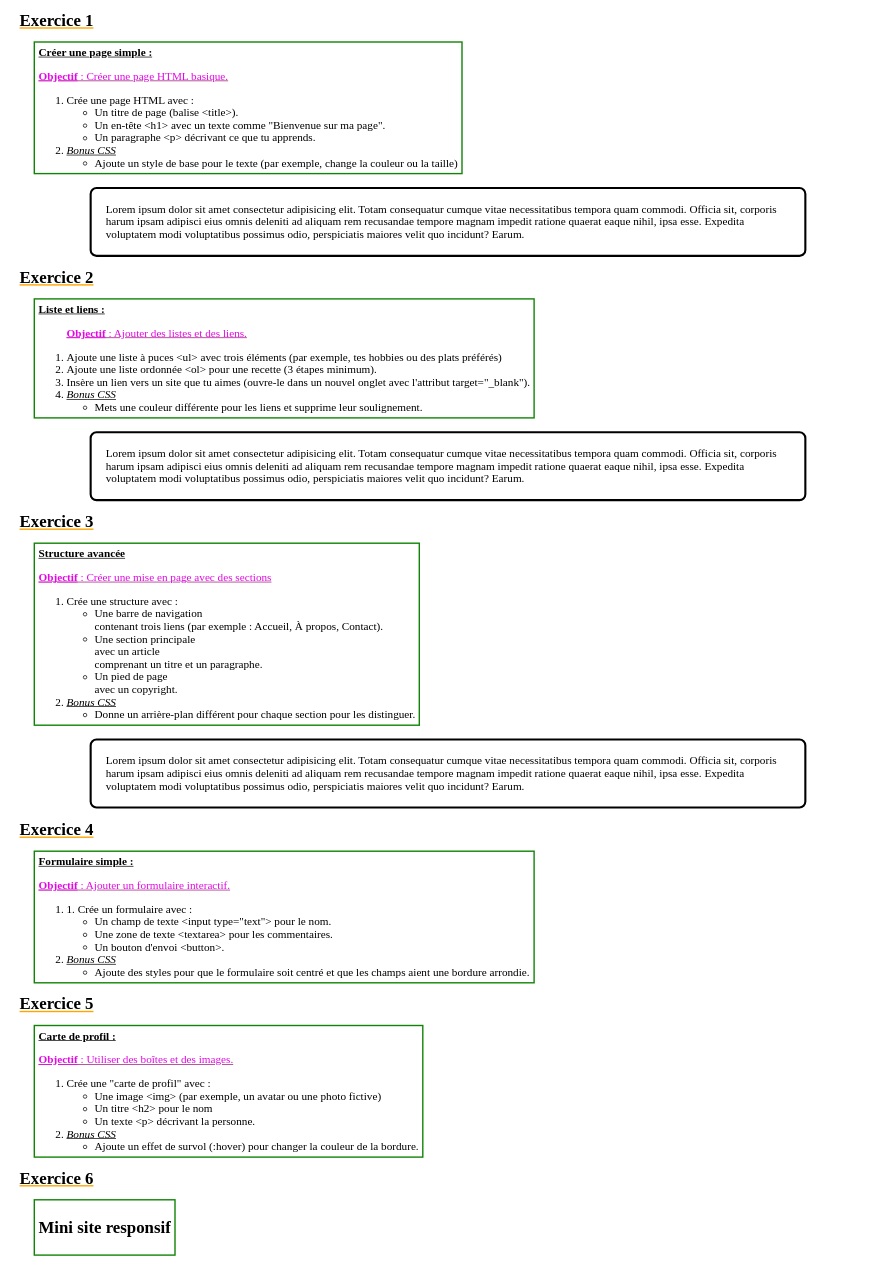
Repository: AnnaSpirit/Mimo_App
Page: Exercices_HTML&CSS.html
An editor plug-in stored every save of this project. The page is shown before and after the next save, followed by the edit.
The browser window is 1280 px wide. The pictures show the whole page, at 70% of full size.

Above is the page before, as saved 2024-12-08 10:55:10.

### Exercices_HTML&CSS.html
<!DOCTYPE html>
<html lang="en">
<head>
    <meta charset="UTF-8">
    <meta name="viewport" content="width=device-width, initial-scale=1.0">
    <link rel="stylesheet" href="styleCSS.css">
    <title>Exercices HTML & CSS</title>
</head>
<body>
<div>
    <h1>Exercice 1</h1>
    <span class="Consigne"><b>Créer une page simple :</b><br>
        <p><b>Objectif</b> : Créer une page HTML basique.</p>
        <ol>
            <li>Crée une page HTML avec :
                <ul>
                    <li>Un titre de page (balise &lt;title&gt;).</li>
                    <li>Un en-tête &lt;h1&gt; avec un texte comme "Bienvenue sur ma page".</li>
                    <li>Un paragraphe &lt;p&gt; décrivant ce que tu apprends.</li>
                </ul>
            </li>
            <li><em>Bonus CSS</em>
                <ul>
                    <li>Ajoute un style de base pour le texte (par exemple, change la couleur ou la taille)</li>
                </ul>
            </li>
        </ol>
    </span>
    <br>
    <br>
    <span class="Resultat">Lorem ipsum dolor sit amet consectetur adipisicing elit. Totam consequatur cumque vitae necessitatibus tempora quam commodi. Officia sit, corporis harum ipsam adipisci eius omnis deleniti ad aliquam rem recusandae tempore magnam impedit ratione quaerat eaque nihil, ipsa esse. Expedita voluptatem modi voluptatibus possimus odio, perspiciatis maiores velit quo incidunt? Earum.</span>

</div>
    <div>
        <h1>Exercice 2</h1>
    <span class="Consigne"><b>Liste et liens :</b>
        <ol>
            <p><b>Objectif</b> : Ajouter des listes et des liens.</p>
            <li>Ajoute une liste à puces &lt;ul&gt; avec trois éléments (par exemple, tes hobbies ou des plats préférés)</li>
            <li>Ajoute une liste ordonnée &lt;ol&gt; pour une recette (3 étapes minimum).</li>
            <li>Insère un lien <a> vers un site que tu aimes (ouvre-le dans un nouvel onglet avec l'attribut target="_blank").</li>
            <li><em>Bonus CSS</em>
                <ul>
                    <li>Mets une couleur différente pour les liens et supprime leur soulignement.</li>
                </ul>
            </li>
        </ol>
    </span>
    <br>
    <br>
    <span class="Resultat">Lorem ipsum dolor sit amet consectetur adipisicing elit. Totam consequatur cumque vitae
        necessitatibus tempora quam commodi. Officia sit, corporis harum ipsam adipisci eius omnis deleniti ad aliquam rem
        recusandae tempore magnam impedit ratione quaerat eaque nihil, ipsa esse. Expedita voluptatem modi voluptatibus
        possimus odio, perspiciatis maiores velit quo incidunt? Earum.</span>
    </div>
    <div>
        <h1>Exercice 3</h1>
        <span class="Consigne"><b>Structure avancée</b><br>
        <p><b>Objectif</b> : Créer une mise en page avec des sections</p>
        <ol>
            <li>Crée une structure avec :</li>
            <ul>
                <li>Une barre de navigation <nav> contenant trois liens (par exemple : Accueil, À propos, Contact).</li>
                <li>Une section principale <main> avec un article <article> comprenant un titre et un paragraphe.</li>
                <li>Un pied de page <footer> avec un copyright.</li>
            </ul>
            <li><em>Bonus CSS </em></li>
            <ul>
                <li>Donne un arrière-plan différent pour chaque section pour les distinguer.</li>
            </ul></li>
        </ol>
    </span>
    <br>
    <br>
    <span class="Resultat">Lorem ipsum dolor sit amet consectetur adipisicing elit. Totam consequatur cumque vitae
        necessitatibus tempora quam commodi. Officia sit, corporis harum ipsam adipisci eius omnis deleniti ad aliquam rem
        recusandae tempore magnam impedit ratione quaerat eaque nihil, ipsa esse. Expedita voluptatem modi voluptatibus
        possimus odio, perspiciatis maiores velit quo incidunt? Earum.</span>
    </div>
    <div>
        <h1>Exercice 4</h1>
    <span class="Consigne"><b>Formulaire simple :</b><br>
        <p><b>Objectif</b> : Ajouter un formulaire interactif.</p>
        <ol>
            <li>1. Crée un formulaire avec :</li>
                <ul>
                    <li>Un champ de texte &lt;input type="text"&gt; pour le nom.</li>
                    <li>Une zone de texte &lt;textarea&gt; pour les commentaires.</li>
                    <li>Un bouton d'envoi &lt;button&gt;.</li>
                </ul>
            </li>
            <li><em>Bonus CSS</em>
                <ul>
                    <li>Ajoute des styles pour que le formulaire soit centré et que les champs aient une bordure arrondie.</li>
                </ul>
            </li>
        </ol>
    </div>
    <div>
        <h1>Exercice 5</h1>
        <span class="Consigne"><b>Carte de profil :</b><br>
            <p><b>Objectif</b> : Utiliser des boîtes et des images.</p>
            <ol>
                <li>Crée une "carte de profil" avec :</li>
                    <ul>
                        <li>Une image &lt;img&gt; (par exemple, un avatar ou une photo fictive)</li>
                    <li>Un titre &lt;h2&gt; pour le nom</li>
                    <li>Un texte &lt;p&gt; décrivant la personne.</li>
                    </ul>
                <li><em>Bonus CSS</em></li>
                    <ul><li>Ajoute un effet de survol (:hover) pour changer la couleur de la bordure.</li></ul>
                </li>
            </ol>
    </div>
    <div>
        <h1>Exercice 6</h1>

    <span class="Consigne">
        <h2>Mini site responsif</span>
    </div>
</body>
</html>

### styleCSS.css
html{
    margin: 0 20px 0 20px;
}
h1{
    font-weight: bold;
    font-size: x-large;
    text-decoration: underline orange;
}

ol{
    margin-top: 5px;
    margin-bottom: 0;
}

.Consigne{
    border: 2px solid rgb(17, 132, 7);
        /* Une bordure noire de 2px */
        padding: 5px;
        /* Espace entre le texte et la bordure */
        display: inline-block;
        /* S'assurer que la bordure s'adapte au texte */
        margin: 0 20px;
            /* Décalage de 20px à droite et à gauche */
}
p{
    text-decoration: underline rgb(149, 18, 112);
    color: rgb(228, 7, 228);
}
b, em{
    font-family: fantasy;
    text-decoration: underline;
}
.Resultat{
    border: 3px solid black;
    /* Une bordure noire de 2px */
    padding: 20px;
    /* Espace entre le texte et la bordure */
    border-radius: 10px;
    /* Coins arrondis */
    display: inline-block;
    /* S'assurer que la bordure s'adapte au texte */
    margin: 0 100px 0 100px;
}

After the next save:
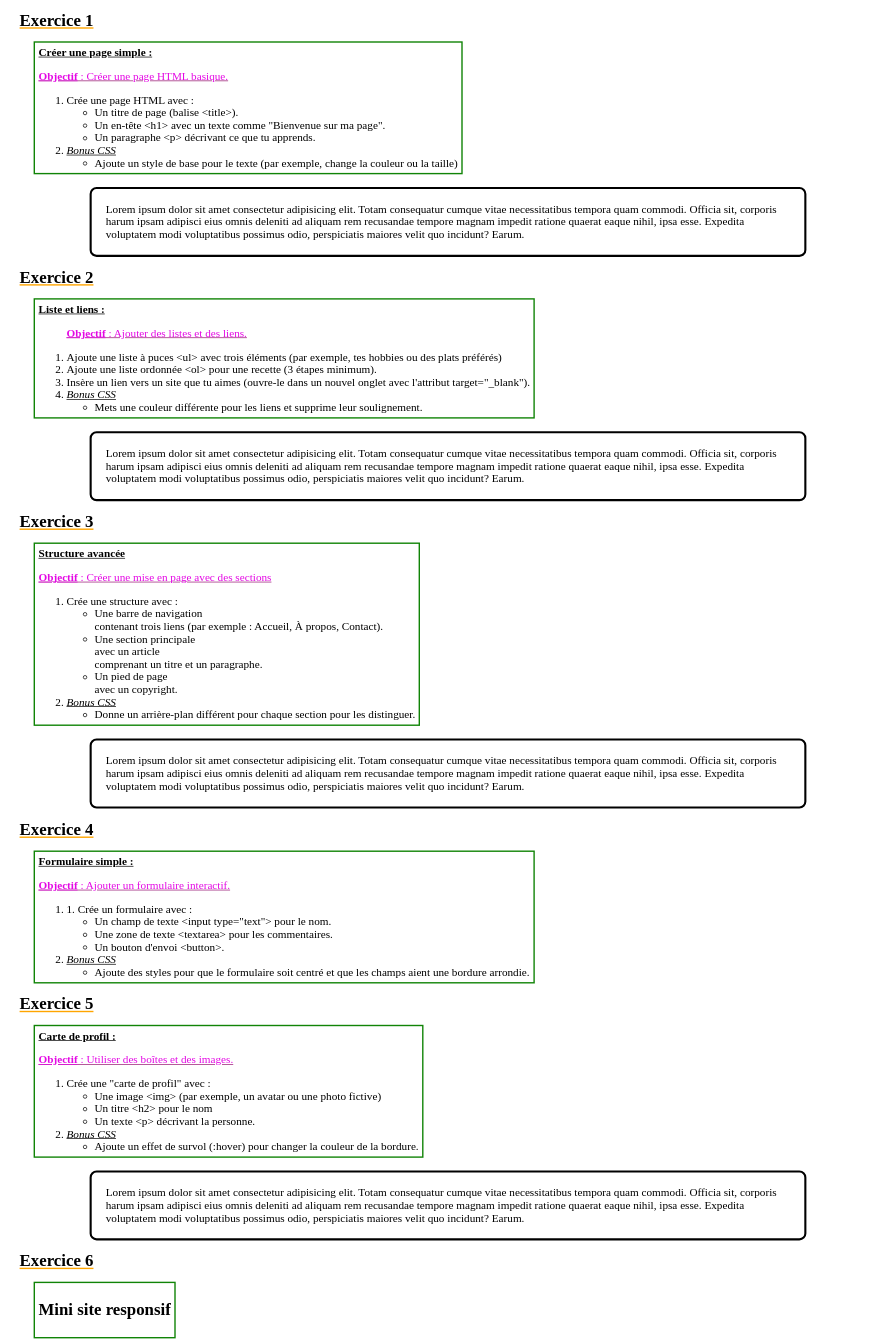
Saved 85 s later.
--- a/Exercices_HTML&CSS.html
+++ b/Exercices_HTML&CSS.html
@@ -111,6 +111,13 @@
                     <ul><li>Ajoute un effet de survol (:hover) pour changer la couleur de la bordure.</li></ul>
                 </li>
             </ol>
+            </span>
+            <br>
+            <br>
+            <span class="Resultat">Lorem ipsum dolor sit amet consectetur adipisicing elit. Totam consequatur cumque vitae
+                necessitatibus tempora quam commodi. Officia sit, corporis harum ipsam adipisci eius omnis deleniti ad aliquam rem
+                recusandae tempore magnam impedit ratione quaerat eaque nihil, ipsa esse. Expedita voluptatem modi voluptatibus
+                possimus odio, perspiciatis maiores velit quo incidunt? Earum.</span>
     </div>
     <div>
         <h1>Exercice 6</h1>
